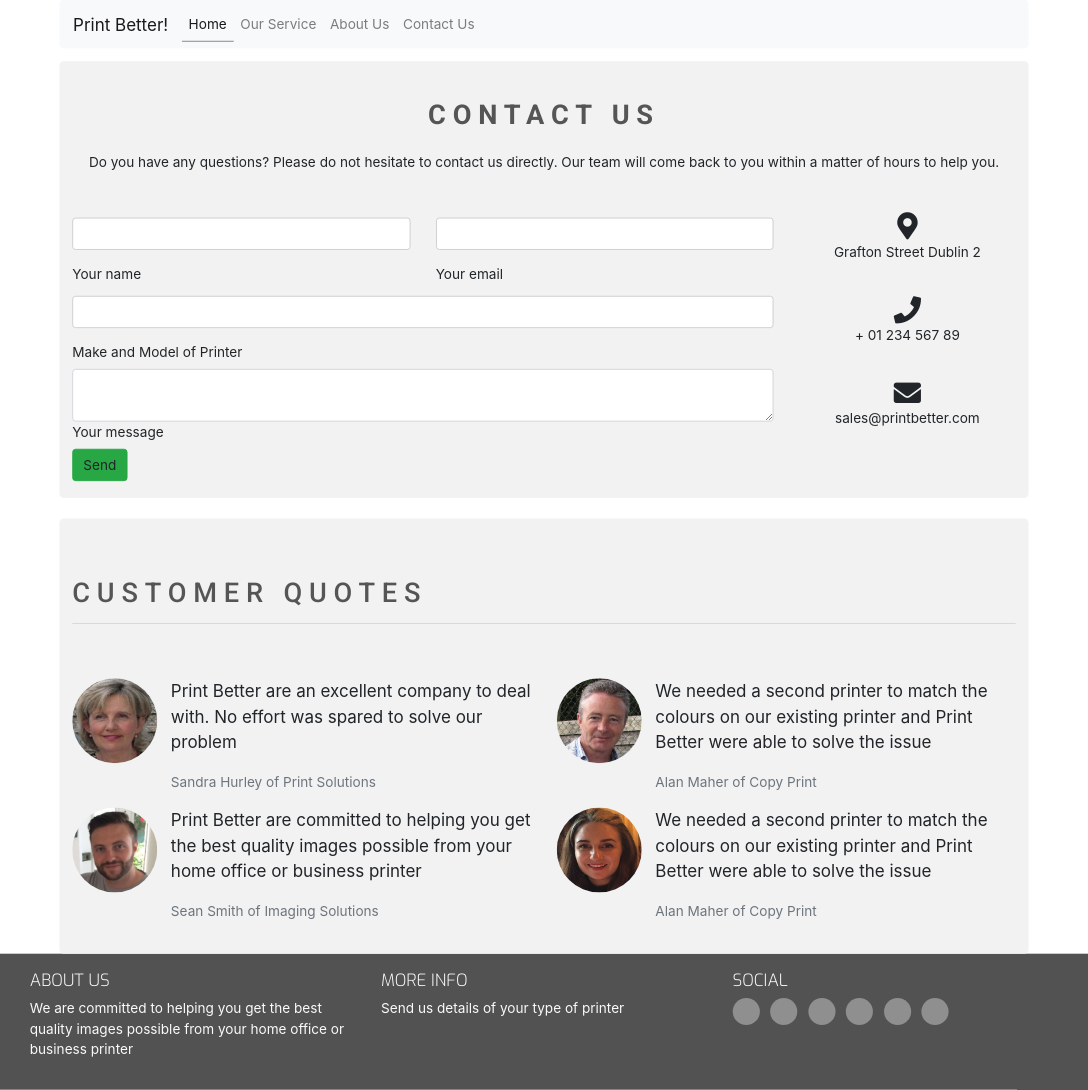
Repository: marks530/first_milestone
Page: Contact_Us.html
The author's editor kept a copy of each file at every save. The page is drawn from the files as they stood at one save, then again after the next save.
The browser window is 1280 px wide. The pictures show the whole page, at 85% of full size.
Some web libraries are served in a nearby version.

Above is the page before, as saved 2021-03-19 20:32:38.

### Contact_Us.html
<!DOCTYPE html>
<html lang="en">

<head>
    <meta charset="UTF-8">
    <meta http-equiv="X-UA-Compatible" content="IE=edge">
    <meta name="viewport" content="width=device-width, initial-scale=1.0">
    <link href="css/style.css" rel="stylesheet" type="text/css" />
    <link rel="stylesheet" href="https://maxcdn.bootstrapcdn.com/bootstrap/4.2.1/css/bootstrap.min.css" type="text/css" />
    <link rel="stylesheet" href="https://maxcdn.bootstrapcdn.com/font-awesome/4.7.0/css/font-awesome.min.css" type="text/css" />
    <link rel="stylesheet" href="https://cdnjs.cloudflare.com/ajax/libs/hover.css/2.1.1/css/hover-min.css" type="text/css" />
    <link href='https://fonts.googleapis.com/css?family=Roboto:100,200,300,400' rel='stylesheet' type='text/css'>
    <link rel="stylesheet" href="https://use.fontawesome.com/releases/v5.15.2/css/all.css" integrity="sha384-vSIIfh2YWi9wW0r9iZe7RJPrKwp6bG+s9QZMoITbCckVJqGCCRhc+ccxNcdpHuYu" crossorigin="anonymous">
    <title>Document</title>
</head>

<body>
    <section>
        <nav class="navbar navbar-custom navbar-expand-lg navbar-light bg-light container">
            <a class="navbar-brand" href="#">Print Better!</a>
            <button class="navbar-toggler" type="button" data-toggle="collapse" data-target="#navbarSupportedContent" aria-controls="navbarSupportedContent" aria-expanded="false" aria-label="Toggle navigation">
            <span class="navbar-toggler-icon"></span>
            </button>

            <div class="collapse navbar-collapse" id="navbarSupportedContent">
                <ul class="navbar-nav mr-auto">
                    <li class="nav-item active">
                        <a class="nav-link" href="index.html">Home <span class="sr-only">(current)</span></a>
                    </li>
                    <li class="nav-item">
                        <a class="nav-link" href="service.html">Our Service</a>
                    </li>
                    <li class="nav-item">
                        <a class="nav-link" href="about_us.html">About Us</a>
                    </li>
                    <li class="nav-item">
                        <a class="nav-link" href="Contact_Us.html">Contact Us</a>
                    </li>
                </ul>

            </div>
        </nav>
    </section>

    <!--Section: Contact v.2-->
    <section class="mb-4 container contact">

        <!--Section heading-->
        <h2 class="h1-responsive font-weight-bold text-center my-4">Contact us</h2>
        <!--Section description-->
        <p class="text-center w-responsive mx-auto mb-5">Do you have any questions? Please do not hesitate to contact us directly. Our team will come back to you within a matter of hours to help you.</p>

        <div class="row">

            <!--Grid column-->
            <div class="col-md-9 mb-md-0 mb-5">
                <form id="contact-form" name="contact-form" action="mail.php" method="POST">

                    <!--Grid row-->
                    <div class="row">

                        <!--Grid column-->
                        <div class="col-md-6">
                            <div class="md-form mb-0">
                                <input type="text" id="name" name="name" class="form-control">
                                <label for="name" class="">Your name</label>
                            </div>
                        </div>
                        <!--Grid column-->

                        <!--Grid column-->
                        <div class="col-md-6">
                            <div class="md-form mb-0">
                                <input type="text" id="email" name="email" class="form-control">
                                <label for="email" class="">Your email</label>
                            </div>
                        </div>
                        <!--Grid column-->

                    </div>
                    <!--Grid row-->

                    <!--Grid row-->
                    <div class="row">
                        <div class="col-md-12">
                            <div class="md-form mb-0">
                                <input type="text" id="subject" name="subject" class="form-control">
                                <label for="subject" class="">Make and Model of Printer</label>
                            </div>
                        </div>
                    </div>
                    <!--Grid row-->

                    <!--Grid row-->
                    <div class="row">

                        <!--Grid column-->
                        <div class="col-md-12">

                            <div class="md-form">
                                <textarea type="text" id="message" name="message" rows="2" class="form-control md-textarea"></textarea>
                                <label for="message">Your message</label>
                            </div>

                        </div>
                    </div>
                    <!--Grid row-->

                </form>

                <div class="text-center text-md-left">
                    <a class="btn btn-success">Send</a>
                </div>
                <div class="status"></div>
            </div>
            <!--Grid column-->

            <!--Grid column-->
            <div class="col-md-3 text-center">
                <ul class="list-unstyled mb-0">
                    <li><i class="fas fa-map-marker-alt fa-2x"></i>
                        <p>Grafton Street Dublin 2</p>
                    </li>

                    <li><i class="fas fa-phone mt-4 fa-2x"></i>
                        <p>+ 01 234 567 89</p>
                    </li>

                    <li><i class="fas fa-envelope mt-4 fa-2x"></i>
                        <p>sales@printbetter.com</p>
                    </li>
                </ul>
            </div>
            <!--Grid column-->

        </div>

    </section>
    <section class="quotes container">
        <div class="row">
            <div class="col-12 my-5">
                <h2 class="text-uppercase">Customer Quotes</h2>
                <hr />
            </div>
        </div>
        <div class="row">
            <div class="col-12 col-md-6">
                <div class="media">
                    <div class="d-none d-sm-block">
                        <img src="images/headshot2.jpg" class="rounded-circle mr-3" height=100 width=100>
                    </div>
                    <div class="media-body">
                        <blockquote class="blockquote">
                            <p>Print Better are an excellent company to deal with. No effort was spared to solve our problem</p>
                            <p class="text-muted"><small>Sandra Hurley of Print Solutions</small></p>

                        </blockquote>
                    </div>
                </div>
            </div>
            <div class="col-12 col-md-6">
                <div class="media">
                    <div class="d-none d-sm-block">
                        <img src="images/headshot1.png" class="rounded-circle mr-3" height=100 width=100>
                    </div>
                    <div class="media-body">
                        <blockquote class="blockquote">
                            <p>We needed a second printer to match the colours on our existing printer and Print Better were able to solve the issue</p>
                            <p class="text-muted"><small>Alan Maher of Copy Print</small></p>
                        </blockquote>
                    </div>
                </div>
            </div>
        </div>

        <div class="row">
            <div class="col-12 col-md-6">
                <div class="media">
                    <div class="d-none d-sm-block">
                        <img src="images/headshot4.jpg" class="rounded-circle mr-3" height=100 width=100>
                    </div>
                    <div class="media-body">
                        <blockquote class="blockquote">
                            <p>Print Better are committed to helping you get the best quality images possible from your home office or business printer</p>
                            <p class="text-muted"><small>Sean Smith of Imaging Solutions</small></p>

                        </blockquote>
                    </div>
                </div>
            </div>
            <div class="col-12 col-md-6">
                <div class="media">
                    <div class="d-none d-sm-block">
                        <img src="images/headshot3.jpg" class="rounded-circle mr-3" height=100 width=100>
                    </div>
                    <div class="media-body">
                        <blockquote class="blockquote">
                            <p>We needed a second printer to match the colours on our existing printer and Print Better were able to solve the issue</p>
                            <p class="text-muted"><small>Alan Maher of Copy Print</small></p>
                        </blockquote>
                    </div>
                </div>
            </div>
        </div>
    </section>
    <footer class="container-fluid">
        <div id="footer-details" class="row">
            <div class="col-sm-4">
                <h5 class="uppercase general-sub">About Us</h5>
                <p class="inline-block">
                    We are committed to helping you get the best quality images possible from your home office or business printer
                </p>
            </div>
            <div class="col-sm-4">
                <h5 class="uppercase general-sub">More Info</h5>
                <p class="inline-block">
                    Send us details of your type of printer
                </p>
            </div>
            <div class="col-sm-4">
                <h5 class="uppercase general-sub">Social</h5>
                <ul class="list-inline social-links">
                    <li class="list-inline-item">
                        <a target="_blank" href="#">
                            <i class="fa fa-facebook" aria-hidden="true"></i>
                            <span class="sr-only">Facebook</span>
                        </a>
                    </li>
                    <li class="list-inline-item">
                        <a target="_blank" href="#">
                            <i class="fa fa-twitter" aria-hidden="true"></i>
                            <span class="sr-only">Twitter</span>
                        </a>
                    </li>
                    <li class="list-inline-item">
                        <a target="_blank" href="#">
                            <i class="fa fa-linkedin" aria-hidden="true"></i>
                            <span class="sr-only">LinkedIn</span>
                        </a>
                    </li>
                    <li class="list-inline-item">
                        <a target="_blank" href="#">
                            <i class="fa fa-pinterest" aria-hidden="true"></i>
                            <span class="sr-only">Pinterest</span>
                        </a>
                    </li>
                    <li class="list-inline-item">
                        <a target="_blank" href="#">
                            <i class="fa fa-instagram" aria-hidden="true"></i>
                            <span class="sr-only">Instagram</span>
                        </a>
                    </li>
                    <li class="list-inline-item">
                        <a target="_blank" href="#">
                            <i class="fa fa-youtube" aria-hidden="true"></i>
                            <span class="sr-only">YouTube</span>
                        </a>
                    </li>
                </ul>
            </div>
        </div>
    </footer>
    <script src="https://cdnjs.cloudflare.com/ajax/libs/popper.js/1.12.9/umd/popper.min.js" integrity="sha384-ApNbgh9B+Y1QKtv3Rn7W3mgPxhU9K/ScQsAP7hUibX39j7fakFPskvXusvfa0b4Q" crossorigin="anonymous"></script>
    <script src="https://code.jquery.com/jquery-3.2.1.slim.min.js" integrity="sha384-KJ3o2DKtIkvYIK3UENzmM7KCkRr/rE9/Qpg6aAZGJwFDMVNA/GpGFF93hXpG5KkN" crossorigin="anonymous"></script>
    <script src="https://maxcdn.bootstrapcdn.com/bootstrap/4.0.0/js/bootstrap.min.js" integrity="sha384-JZR6Spejh4U02d8jOt6vLEHfe/JQGiRRSQQxSfFWpi1MquVdAyjUar5+76PVCmYl" crossorigin="anonymous"></script>

</body>

</html>

### css/style.css
@import url('https://fonts.googleapis.com/css?family=Roboto:100,200,300,400,500,600,700|Exo:100,200,300,400,500,600,700');
body {
    font-family: Roboto;
    color: #777777
}

h2 {
    font-family: Roboto;
    text-transform: uppercase;
    letter-spacing: 8px;
    color: #555555
}

#logo {
    float: left;
    font-size: 280%;
    margin-left: 120px;
}

#menu {
    font-size: 140%;
    list-style-type: none;
    letter-spacing: 1px;
    margin-right: 120px;
}

#menu {
    line-height: 75px;
}

#menu li {
    float: right;
    margin-right: 20px;
}

#menu a {
    text-decoration: none;
    color: inherit;
}

#menu a:hover {
    border-bottom: 1px solid #777777;
}

.active {
    border-bottom: 1px solid #777777;
}

.center {
    display: block;
    margin-left: auto;
    margin-right: auto;
    width: 65%;
    height: auto;
}

.old-new {
    max-width: 100%;
    height: auto;
    object-fit: contain;
}

#move-image-down {
    margin-top: 30px;
}

.jumbotron {
    padding-left: 20px;
    padding-right: 20px;
}


/*---------------Special paddings/margins/text */

h1,
h2,
h3,
h4 {
    margin: 0;
}

.uppercase {
    text-transform: uppercase;
}

.general-sub {
    font-family: "Exo", sans serif;
    font-weight: 300;
    color: #fafafa;
}

.shift {
    margin-top: 20px;
}


/*----------------------------------Footer */

footer {
    background-color: #525252;
    color: #fafafa;
    min-height: 120px;
    margin: 0;
}

.inline-block {
    display: inline-block;
}

.social-links {
    padding-bottom: 15px;
}

.social-links li a i {
    width: 32px;
    height: 32px;
    padding: 12px 0;
    border-radius: 50%;
    font-size: 13px;
    line-height: 7px;
    text-align: center;
    color: #fafafa;
    background: #8f8f8f;
    transition: all 0.35s ease-in-out;
    -moz-transition: all 0.35s ease-in-out;
    -webkit-transition: all 0.35s ease-in-out;
    -o-transition: all 0.35s ease-in-out;
}

.social-links li a i:hover {
    background: #e84610;
}

#footer-details {
    padding: 20px;
}


/*----------------------------------Test for text in a box */

.container {
    position: relative;
    width: 50%;
}

.image {
    opacity: 1;
    display: block;
    width: 100%;
    height: auto;
    transition: .5s ease;
    backface-visibility: hidden;
}

.middle {
    transition: .5s ease;
    opacity: 0;
    position: absolute;
    top: 50%;
    left: 50%;
    transform: translate(-50%, -50%);
    -ms-transform: translate(-50%, -50%);
    text-align: center;
}

.container:hover .image {
    opacity: 0.3;
}

.container:hover .middle {
    opacity: 1;
}

.text {
    background-color: #4CAF50;
    color: white;
    font-size: 16px;
    padding: 16px 32px;
}

#space {
    margin-top: 15px;
    margin-bottom: 15px;
}


/*----------------------------------Logo gentle zoom effect on hover */

.zoom {
    padding: 10px;
    background-color: white;
    transition: transform .8s;
    /* Animation */
    width: auto;
    height: auto;
    margin: 0 auto;
}

.zoom:hover {
    transform: scale(1.05);
    /* (150% zoom - Note: if the zoom is too large, it will go outside of the viewport) */
}


/*----------------------------------Contact Form styling*/

* {
    box-sizing: border-box;
}

input[type=text],
select,
textarea {
    width: 100%;
    padding: 12px;
    border: 1px solid #ccc;
    border-radius: 4px;
    box-sizing: border-box;
    margin-top: 6px;
    margin-bottom: 16px;
    resize: vertical;
}

input[type=submit] {
    background-color: #4CAF50;
    color: white;
    padding: 12px 20px;
    border: none;
    border-radius: 4px;
    cursor: pointer;
}

input[type=submit]:hover {
    background-color: #45a049;
}

.container {
    border-radius: 5px;
    background-color: #f2f2f2;
    padding: 20px;
}

#circle-container {
    width: 300px;
    height: 300px;
    padding: 30px;
    border-style: solid;
    border-color: #cccccc;
    border-width: 1px;
    border-radius: 50%;
    margin: 0 auto;
}

.contact {
    margin-top: 15px;
}

After the next save:
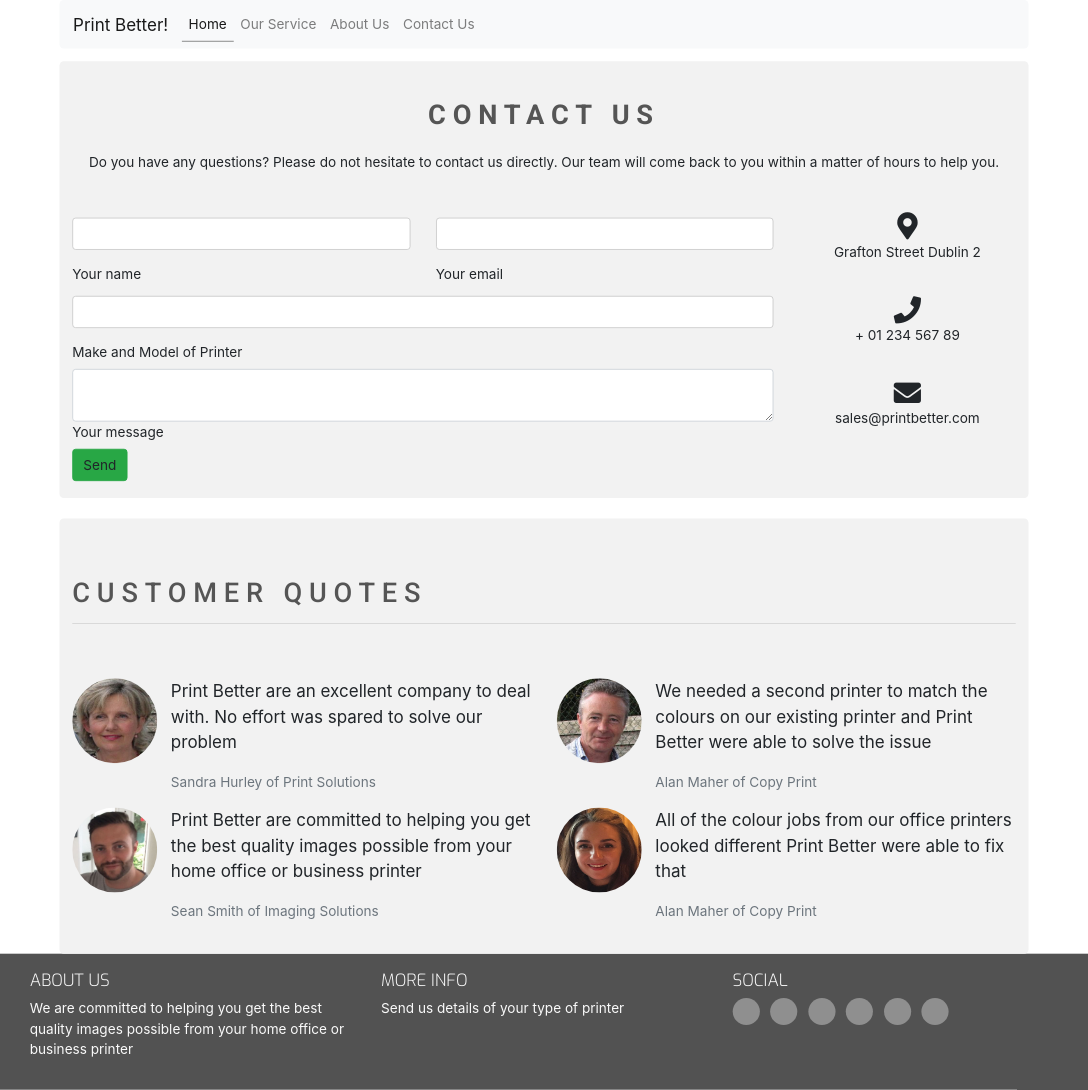
Saved 3 min 0 s later.
--- a/Contact_Us.html
+++ b/Contact_Us.html
@@ -195,7 +195,7 @@
                     </div>
                     <div class="media-body">
                         <blockquote class="blockquote">
-                            <p>We needed a second printer to match the colours on our existing printer and Print Better were able to solve the issue</p>
+                            <p>All of the colour jobs from our office printers looked different Print Better were able to fix that</p>
                             <p class="text-muted"><small>Alan Maher of Copy Print</small></p>
                         </blockquote>
                     </div>
